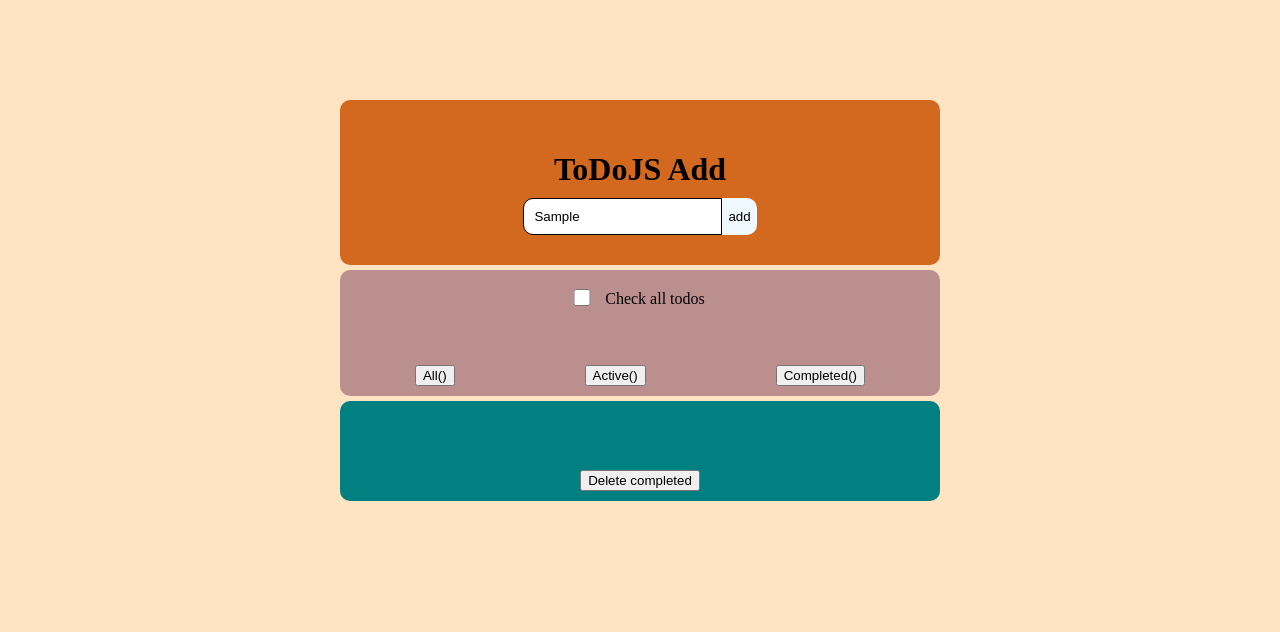
Repository: Savich01/ToDo
Page: index.html
These files come from the project's save history. The page is drawn as it stood at one moment and after the next save; the edit follows.
The browser window is 1280 px wide. The pictures show the whole page.
Empty fields were first filled with sample values (such as "Sample", 5 or name@example.com).
After loading, the first visible `form.personal` was submitted once.

Above is the page before, as saved 2024-05-08 13:13:48.
Console error: TypeError: Cannot read properties of null (reading 'insertAdjacentHTML')

### index.html
<!DOCTYPE html>
<html lang="en">
<head>
    <meta charset="UTF-8">
    <meta name="viewport" content="width=device-width, initial-scale=1.0">
    <link rel="stylesheet" href="css/style.css">
    <title>ToDO</title>
</head>
<body>
    <header class="header">
        <div class="header-block">
            <div class="header-block__sub">
                <h1 class="title">ToDoJS Add</h1>
                <form class="personal" action="#">
                    <input class="personal-input" type="text">
                    <button class="personal-btn">add</button>
                </form>
            </div>
        </div>
    </header>

     <main class="main">
        <div class="main-block">
            <ul class="main-block--list">
                    <li class="main-block--list-link">
                        <input class="checkbox-active" type="checkbox">
                        <span class="main-block--text">Check all todos</span>
                    </li>
                </ul>
            <div class="main-container">

                <!-- <ul class="main-container--list">
                    <li class="main-container--list-link">
                        <input class="main-checked" type="checkbox" data-action = "done">
                        <span class="main-text main-text--done">lorem</span>
                    </li>
                    <button class="main--list-btn" data-action = "delete">
                        х
                    </button>
               </ul> -->

            </div>




            <div class="main-button">
                 <button class="main-btn1">All()</button>
                 <button class="main-btn2">Active()</button>
                 <button class="main-btn3">Completed()</button>
            </div>
        </div>
     </main>
     <footer class="footer">
        <div class="footer-block">
            <div class="footer-btn">
                <button class="btn">Delete completed</button>
            </div>
        </div>
     </footer>
        <script src="js/script.js"></script>
</body>
</html>

### css/style.css
ul,li {
    text-decoration: none;
    list-style: none;
}


/*------------HEADER-------------------------------------*/

body {
    max-width: 100%;
    background: #FFE4C4;
}
.header {
    margin-top: 100px;
    margin-bottom: 5px;
}
.header-block {
    max-width: 600px;
    margin: 0 auto;
    background: #D2691E;
    border-radius: 10px;
}
 .header-block__sub {
    display: flex;
    flex-direction: column;
    justify-content: center;
    align-items: center;
    padding: 30px 0px;
 }

 .title {
    margin-bottom: 10px;
 }

 .personal {
    display: flex;
    justify-content: center;
 }

 .personal-input{
    padding: 10px;
    border: 1px solid #000;
    border-radius: 10px 0px 0px 10px;
 }
.personal-btn {
    border: none;
    background-color: aliceblue;
    border-radius: 0px 10px 10px 0px;
    cursor: pointer;
}
/*------------------MAIN-------------------------------------*/

.main-block {
   max-width: 600px;
   margin: 0 auto;
   background: #BC8F8F;
   min-height: 70px;
   border-radius: 10px;
   display:flex;
   flex-direction: column;
   justify-content: space-between;
   margin-bottom: 5px;
}

.main-block--list{
    display: flex;
    align-items: center;
    justify-content: center;
    padding-right: 47px;
}

.main-block--list-link{
    display: flex;
    align-items: center;
}

.main-block--text{
    margin-left: 10px;
}

.checkbox-active{
    width: 20px;
    height: 17px;
}

.main-block--text{
    transform: translateY(1px);
}

.main-button {
    padding: 10px;
    display: flex;
    align-items: flex-end;
    justify-content: space-around

}
.main-container {
    background: rgba(183, 231, 62, 0.699);
    border-radius: 20px;
    margin: 15px;
    /* display: none; */
}

.main-container--list{
    background-color: #20B2AA;
    border-radius: 10px;
    margin: 25px;
    display: flex;
    align-items: center;
    justify-content: space-between;
}

.main-container--list-link {
    padding: 10px;
    display: flex;
    align-items: center;
}
.main-checked{
    width: 20px;
    height: 16px;
    cursor: pointer;
}
.main-text{
    display: inline-block;
    margin-left: 15px;
    transform: translateY(1px);
}
.main--list-btn{
    min-width: 20px;
    max-width: 23px;
    background: #FFFFE0;
    align-items: center;
    margin-right: 25px;
    cursor: pointer;
    border: none;
    background: #B22222;
}

/*------------------FOOTER--------------------------------------------------*/

.footer-block {
    max-width: 600px;
    margin: 0 auto;
    background: #008080;
    height: 100px;
    border-radius: 10px;
    display: flex;
    align-items: flex-end;
    justify-content: space-around;
}
.footer-btn {
    padding: 10px;
}

### js/script.js
"Use strict";

const taskForm = document.querySelector('.personal');
const taskInput = document.querySelector('.personal-input');
const taskBtn = document.querySelector('.personal-btn');
const taskBlock = document.querySelector('.main-container');
const taskList = document.querySelector('.main-container--list');

// Функции
function addTask(event) {
    // Отменяем отправку формы
    event.preventDefault();

    //Достаем текст из input
    const taskText = taskInput.value;

    //Формируем разметку задачи
    const taskHTML = `
                <ul class="main-container--list">
                    <li class="main-container--list-link">
                        <input class="main-checked" type="checkbox" data-action = "done">
                        <span class="main-text main-text--done">${taskText}</span>
                    </li>
                    <button class="main--list-btn" data-action = "delete">
                        х
                    </button>
               </ul>
              `;

    //Добавляем задачу на страницу
    taskList.insertAdjacentHTML('beforeend', taskHTML);

    //Очищаем поле ввода и возвращаем на него фокус
    taskInput.value = '';
    taskInput.focus();
}

// Добавляет задачу
taskForm.addEventListener('submit', addTask);

// Удаляет задачу


























































// const form = document.querySelector('.personal');
// const input = document.querySelector('.personal-input');
// const block = document.querySelector('.main-container');
// const addList = document.querySelector('.main-container--list')
// const mainBlock = document.querySelector('.main-block');

// function addTask(){
//     // Отменяем отправку формы
//     event.preventDefault();

//     // Достаем текст задачи из поля ввода

//     const taskText = input.value;


//     //Формируем разметку для новой задачи

//     const taskHTML = `<ul class="main-container--list">
//                     <li class="main-container--list-link">
//                         <input class="main-checked" type="checkbox" data-action = "done">
//                         <span class="main-text">${taskText}</span>
//                     </li>
//                     <button class="main--list-btn" data-action = "delete">
//                         х
//                     </button>
//                </ul>
//                     `


//     // Добавляем задачу на страницу

//     block.insertAdjacentHTML('beforeend', taskHTML)

//     // Отчищаем поле ввода

//     input.value = '';
//     input.focus();

// }



// // Добавление задачи
// form.addEventListener('submit', addTask);

// // // Удаление задачи
// block.addEventListener('click', deleteTask);

// function deleteTask(event){


//     if(event.target.dataset.action === 'delete'){

//         const perentNode = event.target.closest('.main-container--list');
//         perentNode.remove();
//     };
// };

// // Отмечаем задачу завершенной

// block.addEventListener('click', doneTask)

// function doneTask(event) {
//     if(event.target.dataset.action === 'done'){
//         const perentNode = event.target.closest('.main-container--list');
//         const taskTitle = perentNode.querySelector('.main-text');
//         taskTitle.classList.toggle('main-text--done');
//     }
// }

After the next save:
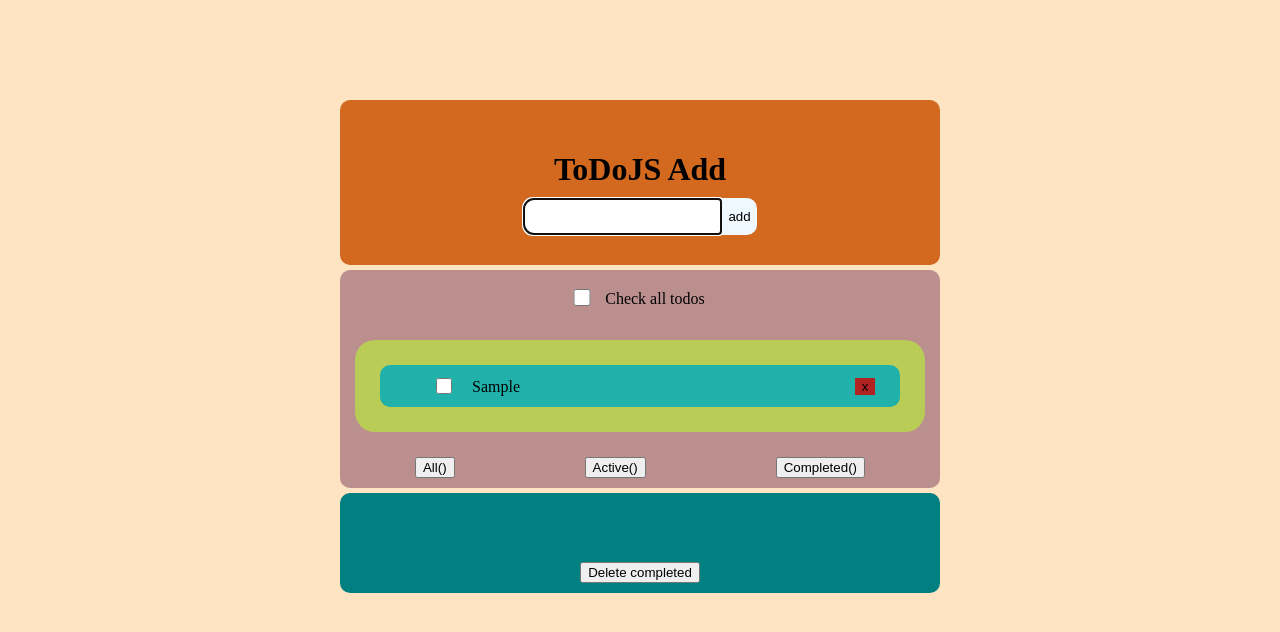
The error is gone.
Saved 17 s later.
--- a/js/script.js
+++ b/js/script.js
@@ -28,7 +28,7 @@ function addTask(event) {
               `;
 
     //Добавляем задачу на страницу
-    taskList.insertAdjacentHTML('beforeend', taskHTML);
+    taskBlock.insertAdjacentHTML('beforeend', taskHTML);
 
     //Очищаем поле ввода и возвращаем на него фокус
     taskInput.value = '';
